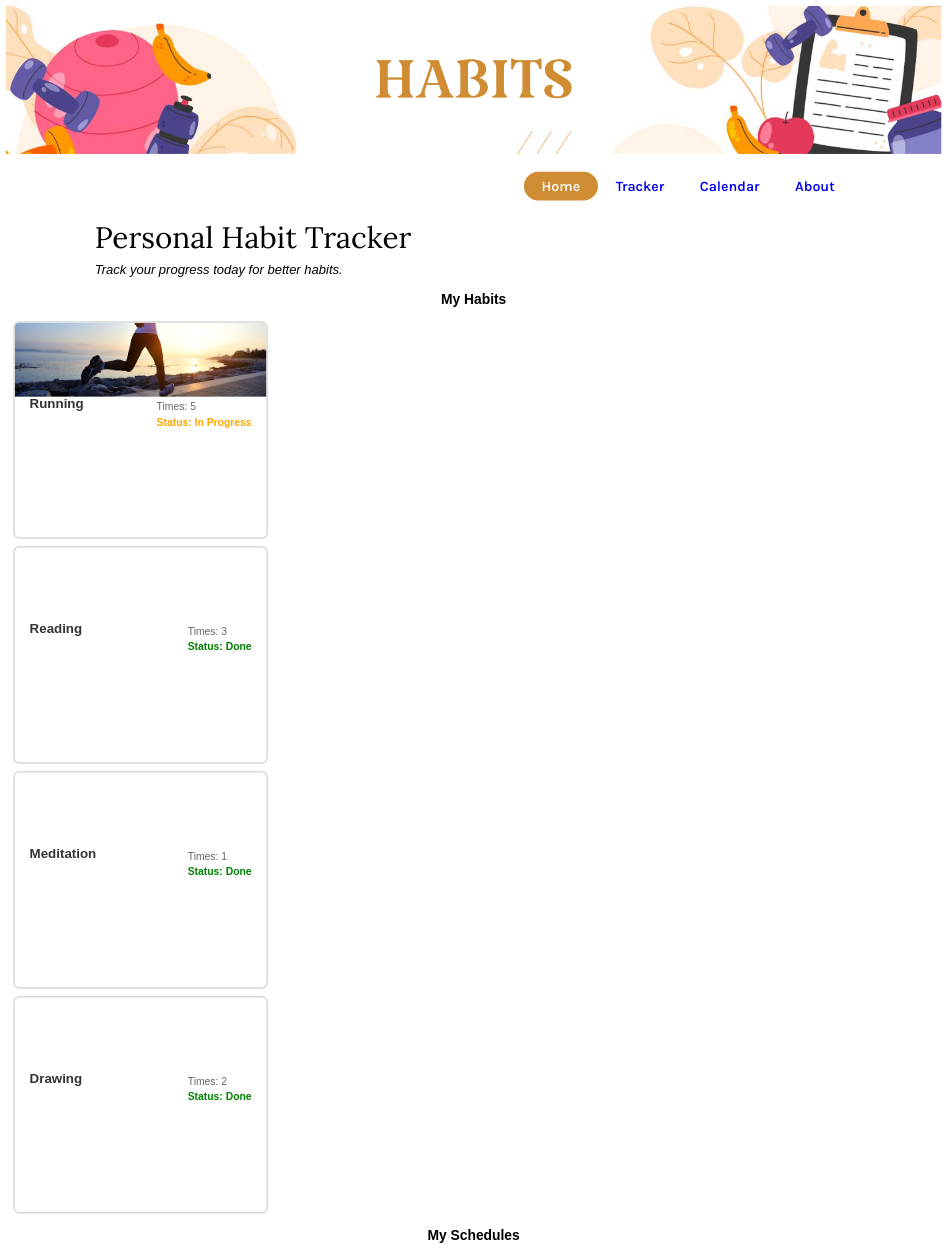
Repository: SandyLy453/habit-tracker
Page: http://localhost/
An editor plug-in stored every save of this project. The page is shown before and after the next save, followed by the edit.
The browser window is 1280 px wide. The pictures show the whole page, at 74% of full size.
The page is served by the project's Node server (server.js).

Above is the page before, as saved 2025-03-14 19:27:43.

### views/pages/home.ejs
<!DOCTYPE html>
<html lang="en">
<head>
    <meta charset="UTF-8">
    <meta name="viewport" content="width=device-width, initial-scale=1.0">
    <link rel="stylesheet" href="/styles.css">

    <!-- Fonts -->
    <link rel="preconnect" href="https://fonts.googleapis.com">
    <link rel="preconnect" href="https://fonts.gstatic.com" crossorigin>
    <link href="https://fonts.googleapis.com/css2?family=Karla:ital,wght@0,200..800;1,200..800&family=Roboto:ital,wght@0,100..900;1,100..900&display=swap" rel="stylesheet">

    <link rel="preconnect" href="https://fonts.googleapis.com">
    <link rel="preconnect" href="https://fonts.gstatic.com" crossorigin>
    <link href="https://fonts.googleapis.com/css2?family=Lora:ital,wght@0,400..700;1,400..700&display=swap" rel="stylesheet">
</head>
<body>
    <%- include('../partials/header', { activePage: 'home' }) %>
    <div class="heading_section">
        <h1>Personal Habit Tracker</h1>
        <p>Track your progress today for better habits.</p>
    </div>

    <section>
        <div>
            <h3>My Habits</h3>
            <div class="card">
                <img src="/images/running.png" alt="Running Image" />
                <div class="habit">
                    <h3>Running</h3>
                    <div class="details">
                        <p>Times: 5</p>
                        <p class="status in-progress">Status: In Progress</p>
                    </div>
                </div>
            </div>
            <div class="card">
                <div class="habit">
                    <h3>Reading</h3>
                    <div class="details">
                        <p>Times: 3</p>
                        <p class="status done">Status: Done</p>
                    </div>
                </div>
            </div>
            <div class="card">
                <div class="habit">
                    <h3>Meditation</h3>
                    <div class="details">
                        <p>Times: 1</p>
                    <p class="status done">Status: Done</p>
                    </div>
                </div>
            </div>
            <div class="card">
                <div class="habit">
                    <h3>Drawing</h3>
                    <div class="details">
                        <p>Times: 2</p>
                        <p class="status done">Status: Done</p>
                    </div>
                </div>
            </div>
        <div>
            <h3>My Schedules</h3>
        </div>
    </section>
</body>
</html>

### views/partials/header.ejs
<!DOCTYPE html>
<html lang="en">
<head>
    <meta charset="UTF-8">
    <meta name="viewport" content="width=device-width, initial-scale=1.0">
    <title>
        <%= typeof title != 'undefined' ? title : 'Page Title' %>
    </title>
    <link rel="stylesheet" href="/styles.css">
    <link rel="preconnect" href="https://fonts.googleapis.com">
    <link rel="preconnect" href="https://fonts.gstatic.com" crossorigin>
    <link href="https://fonts.googleapis.com/css2?family=Karla:ital,wght@0,200..800;1,200..800&family=Roboto:ital,wght@0,100..900;1,100..900&display=swap" rel="stylesheet">
</head>
<body>
    <header>
        <div class="header_container">
            <img src="<%= activePage === 'home' ? '/images/home_banner.png' : activePage === 'tracker' ? '/images/tracker_banner.png' : activePage === 'calendar' ? '/images/calendar_banner.png' : '/images/about_banner.png' %>" alt="Banner Images"/>
            <ul class="header">
                <li><a href="/" class="header_items <%= activePage === 'home' ? 'highlight' : '' %>">Home</a></li>
                <li><a href="/tracker" class="header_items <%= activePage === 'tracker' ? 'highlight' : '' %>">Tracker</a></li>
                <li><a href="/calendar" class="header_items <%= activePage === 'calendar' ? 'highlight' : '' %>">Calendar</a></li>
                <li><a href="/about" class="header_items <%= activePage === 'about' ? 'highlight' : '' %>">About</a></li>
              </ul>
        </div>
    </header>
</body>
</html>

### server.js
import pg from 'pg';
import express from 'express';
import bodyParser from 'body-parser';
import dotenv from 'dotenv';
import path from 'path';
import { fileURLToPath } from 'url';

const __filename = fileURLToPath(import.meta.url);
const __dirname = path.dirname(__filename);

dotenv.config();

// Database setup
const db = new pg.Client({
  user: process.env.DB_USER,
  host: process.env.DB_HOST,
  database: process.env.DB_DATABASE,
  password: process.env.DB_PASSWORD,
  port: process.env.DB_PORT,
});

db.connect()
  .then(() => {
    console.log('Connected to the database');
  })
  .catch(err => {
    console.error('Database connection error:', err.stack);
});

const app = express();
const port = 3000;

app.set('views', path.join(__dirname, 'views'));

// Middleware
app.use(bodyParser.urlencoded({ extended: true }));
app.use(express.static('public'));  // Serve static files from the public folder
app.set('view engine', 'ejs');

// Routes
app.get('/', (req, res) => {
  res.render('pages/home', {
    title: "Personal Habit Tracker",
    activePage: 'home',
    paragraph: "Track your progress today for better habits."
  });
});

app.get('/tracker', (req, res) => {
  res.render('pages/tracker', {
    title: "My Habits Tracker",
    activePage: 'tracker',
    paragraph: " "
  });
});

app.get('/calendar', (req, res) => {
  res.render('pages/calendar', {
    title: "My Calendar",
    activePage: 'calendar',
    paragraph: " "
  });
});

app.get('/about', (req, res) => {
  res.render('pages/about', {
    title: "About",
    activePage: 'about',
  });
});

app.listen(port, () => {
  console.log(`App listening at port ${port}`);
});

### public/styles.css
:root {
    --header-font: "Karla", sans-serif;
    --heading-font: "Lora", serif;

    --font-styles-bold: 600;
    --font-styles-regular: 400;
    --header-large: 1.2rem;
    --page-heading: 2.5rem;
    --page-details: 1.1rem;

    --highlight-color: #CF8C33;
}

body {
    font-family: Arial, sans-serif;
    text-align: center;
}

input, button {
    margin: 5px;
    padding: 8px;
}

/* Header */
.header_container img {
    margin: 0;
    padding: 0;
    display: block;
    width: 100%;
    height: 100%;
    object-fit: cover;
}

.header {
    display: flex;
    flex-direction: row;
    justify-content:flex-end;
    list-style: none;
    margin: 2rem 120px;
    font-family: var(--header-font);
    font-weight: var(--font-styles-bold);
    font-size: var(--header-large);
}

.header_items {
    text-decoration: none;
    padding: .5rem 1.5rem;
    border-radius: 20px;
}

.header_items.highlight {
    color: white;
    background-color: var(--highlight-color);
}

/* Home Page */
.heading_section {
    text-align: left;
    margin: 0 120px;
}

.heading_section h1 {
    font-family: var(--heading-font);
    font-weight: var(--font-styles-regular);
    font-size: var(--page-heading);
    margin-bottom: 0;
}

.heading_section p {
    font-size: var(--page-details);
    margin-top: .5rem;
    font-style: italic;
}

/* Home Page Cards */

.card {
    position: relative;
    background-color: white;
    border-radius: 8px;
    border: 2px solid #D8D8D8;
    padding: 20px;
    width: 300px;
    height: 250px;
    margin: 10px;
    text-align: left;
    overflow: hidden;
}

.card img {
    width: 100%;
    object-fit: cover;
    position: absolute;
    overflow: hidden;
    top: 0;
    left: 0;
    right: 0;
}

.habit {
    position: relative;
    display: flex;
    flex-direction: row;
    justify-content: space-between;
    margin-bottom: 15px;
    top: 5rem;
}

.habit h3 {
    margin: 0;
    font-size: 18px;
    color: #333;
}

.habit p {
    margin: 5px 0;
    font-size: 14px;
    color: #666;
}

.status {
    font-weight: bold;
}

.status.in-progress {
    color: #ffa500;
}

.status.done {
    color: #008000;
}

After the next save:
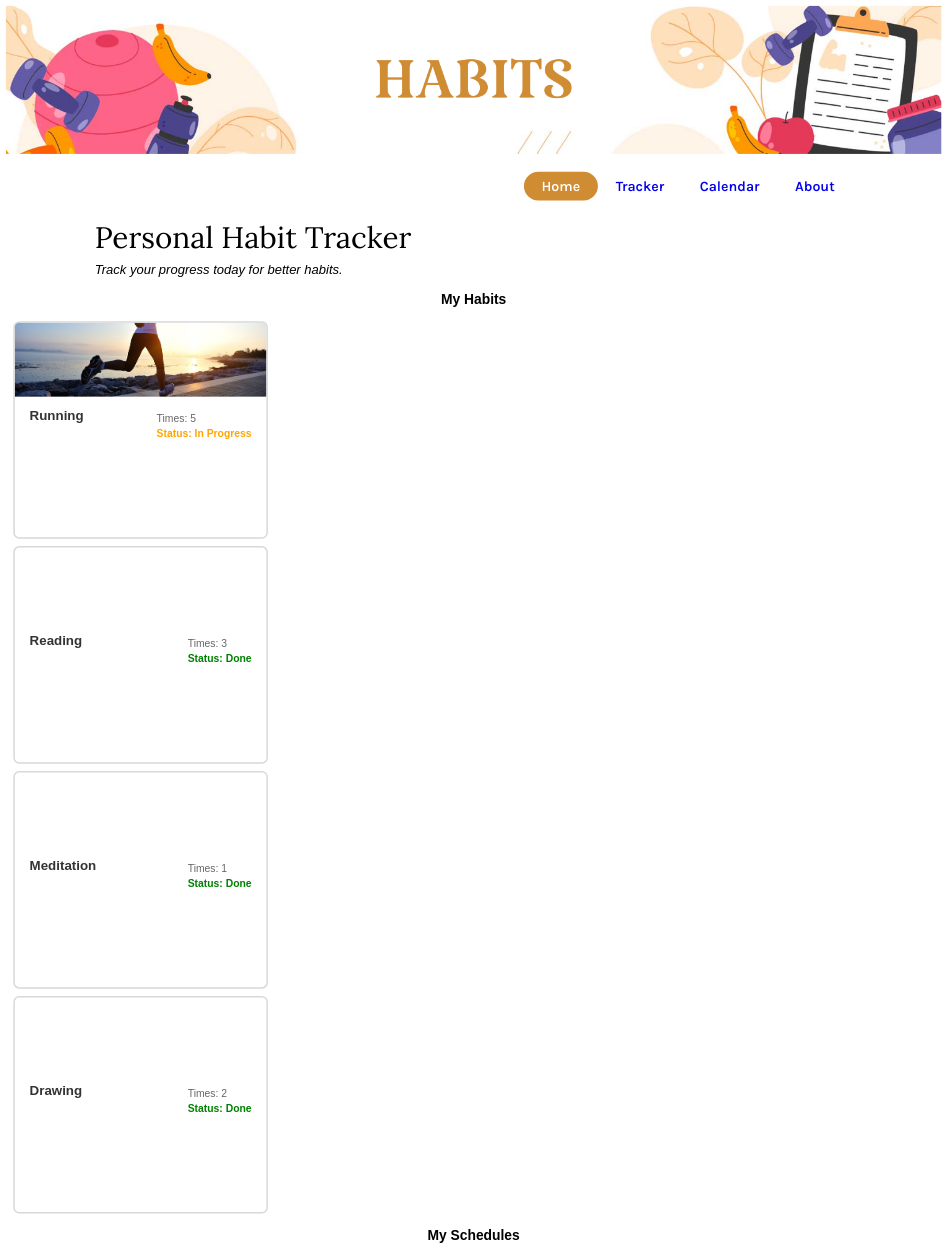
Saved 6 s later.
--- a/public/styles.css
+++ b/public/styles.css
@@ -103,7 +103,7 @@ input, button {
     flex-direction: row;
     justify-content: space-between;
     margin-bottom: 15px;
-    top: 5rem;
+    top: 6rem;
 }
 
 .habit h3 {
